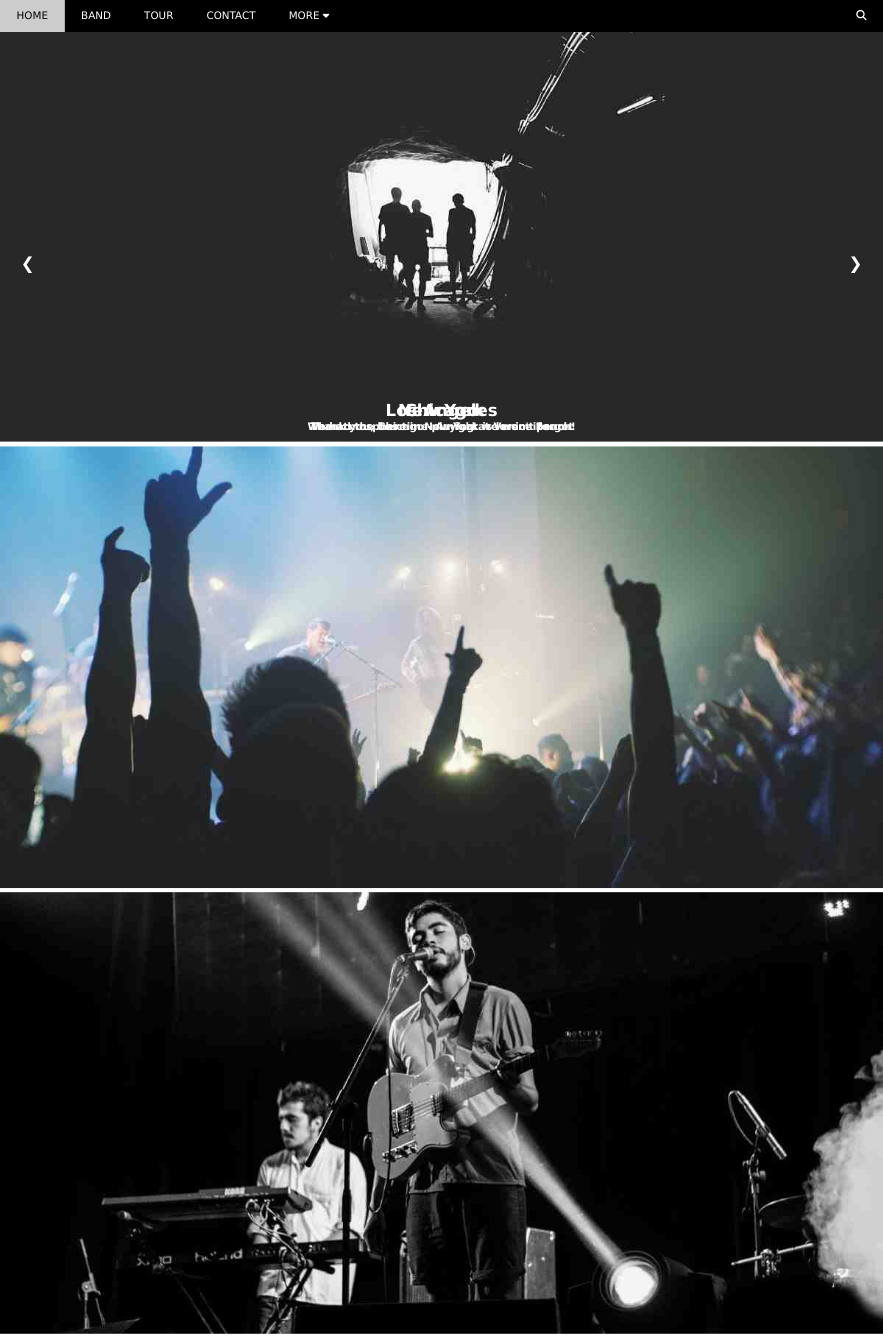
Repository: tam1512/The-Band
Page: index.html
These files come from the project's save history. The page is drawn as it stood at one moment and after the next save; the edit follows.
The browser window is 1280 px wide. The pictures show the whole page, at 69% of full size.
Some web libraries are served in a nearby version.

Above is the page before, as saved 2022-07-22 16:01:44.

After the next save:
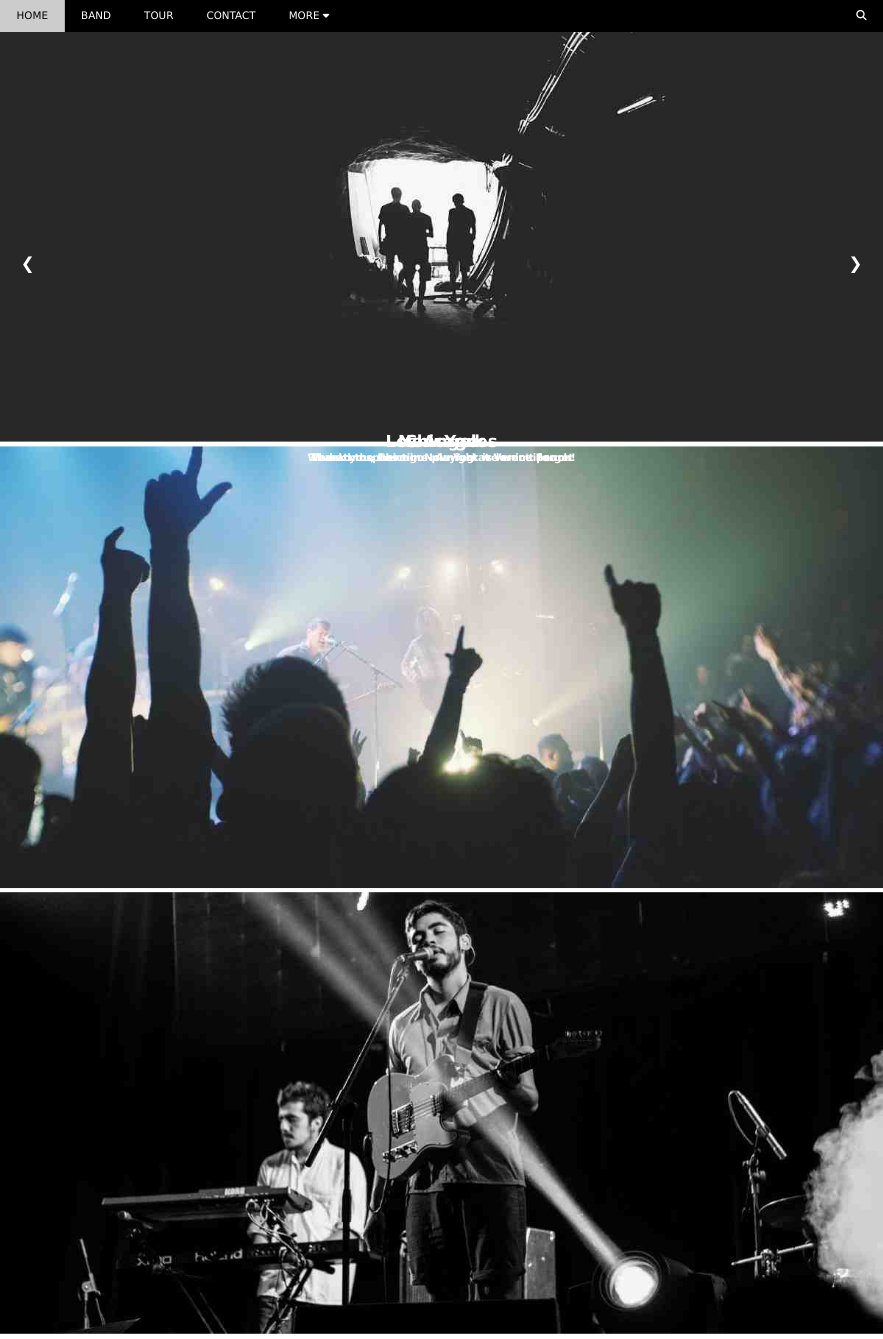
Saved 6 s later.
--- a/assets/css/style.css
+++ b/assets/css/style.css
@@ -159,6 +159,6 @@
   position: absolute;
   left: 50%;
   bottom: 0;
-  transform: translate(-50%, -100%);
+  transform: translate(-50%, 0);
   text-align: center;
 }

After the save that followed:
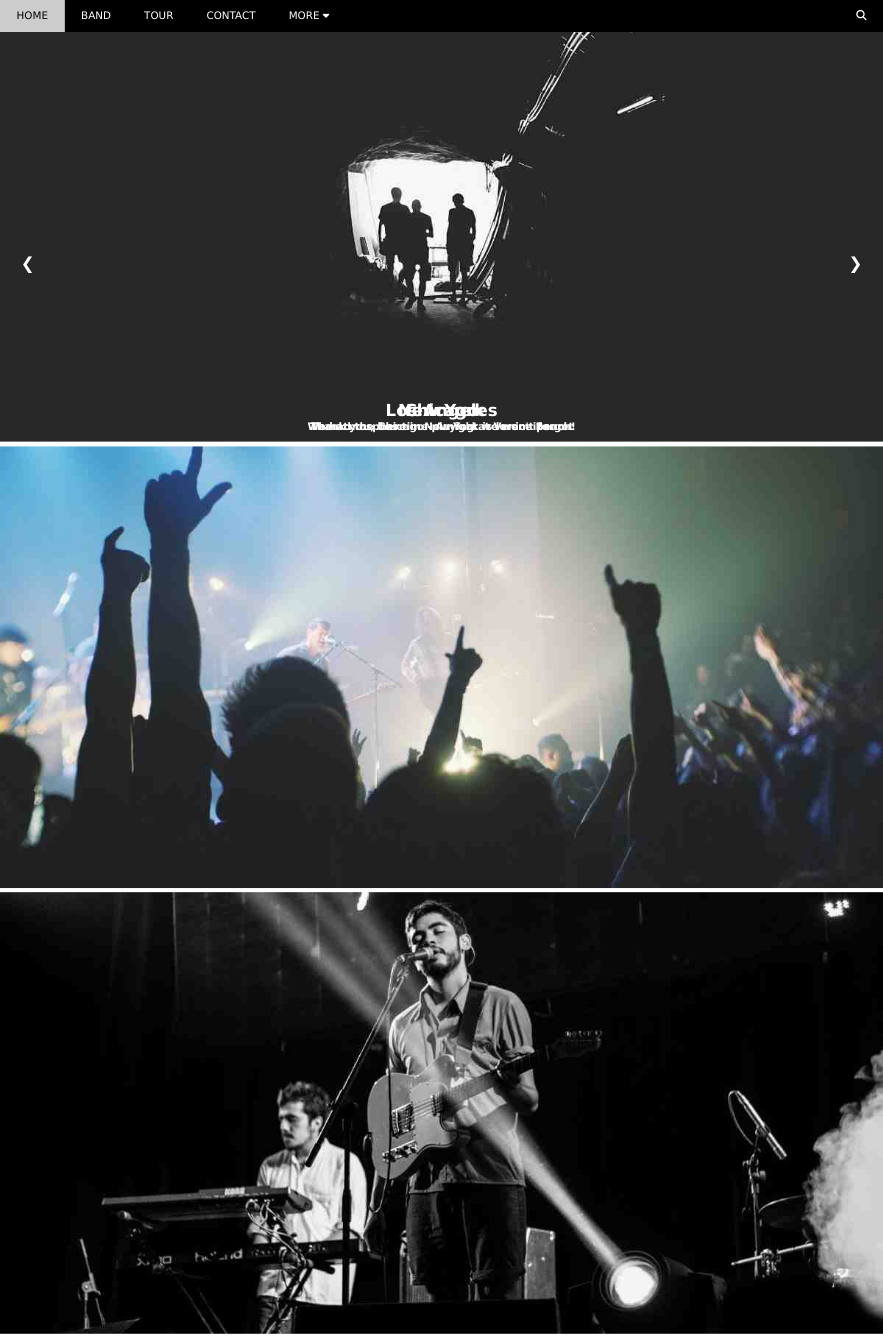
Saved 39 s later.
--- a/assets/css/style.css
+++ b/assets/css/style.css
@@ -159,6 +159,6 @@
   position: absolute;
   left: 50%;
   bottom: 0;
-  transform: translate(-50%, 0);
+  transform: translate(-50%, -100%);
   text-align: center;
 }
